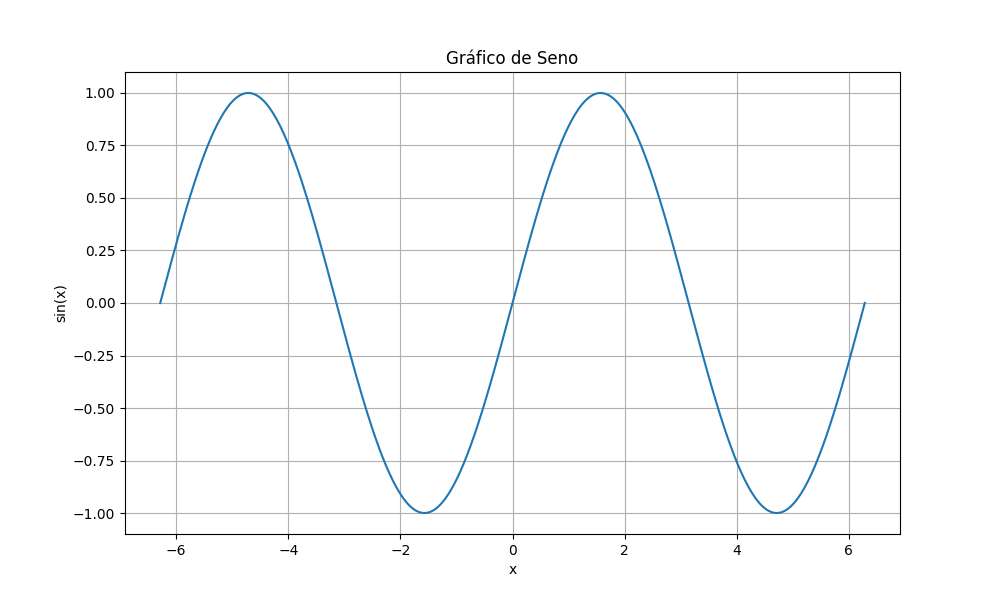
Repository: Carlos5anchez/machineLearning
Script's output: python Tarea 5. Informer/utils/tyrs.py
An editor plug-in stored every save of this project. The script's output is shown before and after the next save, followed by the edit.
Random numbers start from a fixed seed.

Above is the script's output before, as saved 2023-11-15 19:37:08.

After the next save:
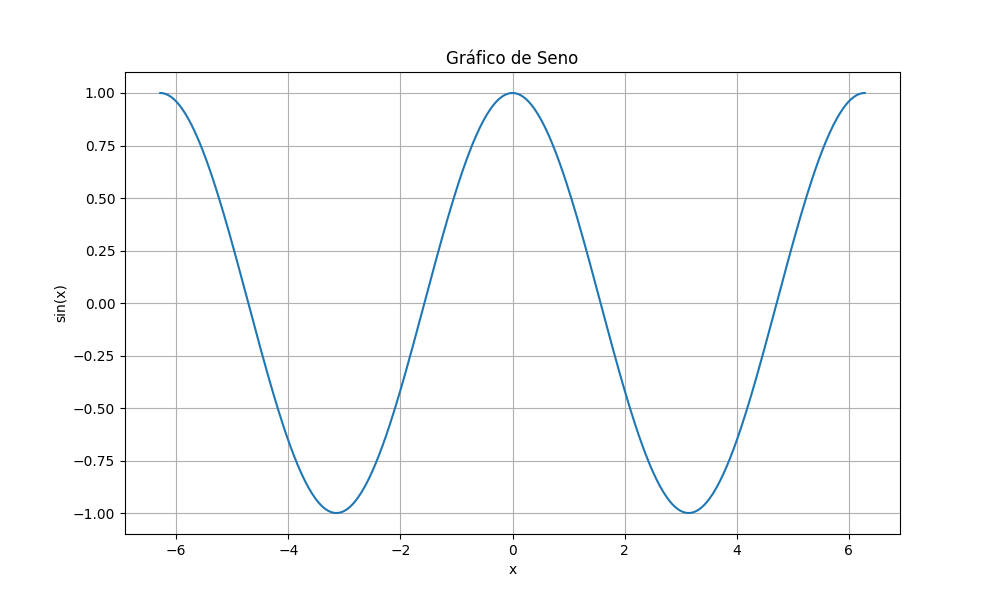
Saved 38 s later.
--- a/Tarea 5. Informer/utils/tyrs.py
+++ b/Tarea 5. Informer/utils/tyrs.py
@@ -5,7 +5,7 @@ import matplotlib.pyplot as plt
 x = np.linspace(-2 * np.pi, 2 * np.pi, 400)
 
 # Calculating the sine of each x value
-y = np.sin(x)
+y = np.cos(x)
 
 # Creating the plot
 plt.figure(figsize=(10, 6))
